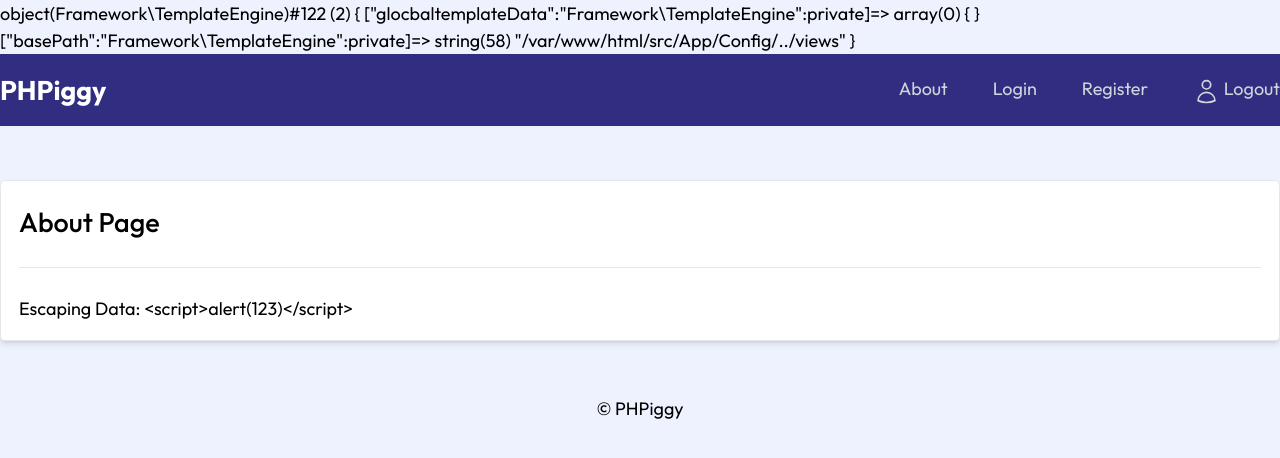
Repository: Conjet/PHPiggy
Page: http://localhost/about
These files come from the project's save history. The page is drawn as it stood at one moment and after the next save; the edit follows.
The browser window is 1280 px wide. The pictures show the whole page.
The page is run by PHP 8.4 with error messages shown; the project is at /var/www/html/.

Above is the page before, as saved 2023-09-08 21:02:26.

### public/index.php
<?php

include __DIR__."/../src/App/functions.php";

$app = include __DIR__.'/../src/App/bootstrap.php';

$app->run();

### src/App/functions.php
<?php

declare(strict_types=1);

function dd(mixed $value)
{
    echo '<pre>';
    var_dump($value);
    echo '</pre>';
    die();
}

function e(mixed $value): string
{
    return htmlspecialchars((string) $value);
}

### src/App/bootstrap.php
<?php

declare(strict_types=1);

require __DIR__ . '/../../vendor/autoload.php';

use Framework\App;
use App\Config\Paths;

use function App\Config\{registerRoutes, registerMiddleware};

$app = new App(Paths::SOURCE . "App/container-definitions.php");

registerRoutes($app);
registerMiddleware($app);

return $app;

### src/App/Config/Routes.php
<?php

declare(strict_types=1);

namespace App\Config;

use App\Controllers\{HomeController, AboutController};

use Framework\App;

function registerRoutes(App $app)
{
    $app->get('/', [HomeController::class, 'home']);
    $app->get('/about', [AboutController::class, 'about']);
}

### src/App/Config/Middleware.php
<?php

declare(strict_types=1);

namespace App\Config;

use Framework\App;
use App\Middleware\TemplateDataMiddleware;

function registerMiddleware(App $app)
{
    $app->addMiddleware(TemplateDataMiddleware::class);
}

### src/Framework/App.php
<?php

declare(strict_types=1);

namespace Framework;

// echo time();
class App
{
    private Router $router;
    private Container $container;

    public function __construct(string $containerDefinitionsPath = null)
    {
        $this->router = new Router();
        $this->container = new Container();

        if ($containerDefinitionsPath) {
            $containerDefinitions = include $containerDefinitionsPath;
            $this->container->addDefinitions($containerDefinitions);
        }
    }

    public function run()
    {
        $path = parse_url($_SERVER['REQUEST_URI'], PHP_URL_PATH);
        $method = $_SERVER['REQUEST_METHOD'];

        $this->router->dispatch($path, $method, $this->container);
    }

    public function get(string $path, array $controller)
    {
        $this->router->add('GET', $path, $controller);
    }

    public function addMiddleware(string $middleware)
    {
        $this->router->addMiddleware($middleware);
    }
}

### src/App/Config/Paths.php
<?php

declare(strict_types=1);

namespace App\Config;

class Paths
{
    public const VIEW = __DIR__ . "/../views";
    public const SOURCE =  __DIR__ . "/../../";
}

### src/Framework/Router.php
<?php

declare(strict_types=1);

namespace Framework;

class Router
{
    private array $routes = [];
    private array $middlewares = [];

    public function add(string $method, string $path, array $controller)
    {

        $path = $this->normalizePath($path);

        $this->routes[] = [
            'path' => $path,
            'method' => strtoupper($method),
            'controller' => $controller
        ];
    }

    private function normalizePath(string $path): string
    {
        // #[/]{2,}#
        $path = trim($path, '/');
        $path = '/' . $path . '/';
        $path = preg_replace('#[/]{2,}#', '/', $path);

        return $path;
    }

    public function dispatch(string $path, string $method, Container $container = null)
    {
        $path = $this->normalizePath($path);
        $method = strtoupper($method);

        foreach ($this->routes as $route) {
            if (!preg_match("#^{$route['path']}$#", $path) || $route['method'] !== $method) {
                continue;
            }

            [$class, $function] = $route['controller'];

            $controllerInstance = $container ?
                $container->resolve($class) :
                new $class;

            $action = fn () => $controllerInstance->{$function}();

            foreach ($this->middlewares as $middleware) {
                $middlewareInstance = $container ?
                    $container->resolve($middleware) :
                    new $middleware;
                $action = fn () => $middlewareInstance->process($action);
            }

            $action();

            return;
        }
    }

    public function addMiddleware(string $middleware)
    {
        $this->middlewares[] = $middleware;
    }
}

### src/Framework/Container.php
<?php

declare(strict_types=1);

namespace Framework;

use ReflectionClass, ReflectionNamedType;
use Framework\Exceptions\ContainerException;

class Container
{
    private array $definitions = [];
    private array $resolved = [];

    public function addDefinitions(array $newDefinitions)
    {
        $this->definitions = [...$this->definitions, ...$newDefinitions];
    }

    public function resolve(string $className)
    {
        $reflectionClass = new ReflectionClass($className);

        if (!$reflectionClass->isInstantiable()) {
            throw new ContainerException("Class {$className} is not instantiable");
        }

        $constructor = $reflectionClass->getConstructor();

        // dd($constructor);

        if (!$constructor) {
            return new $className;
        }

        $params = $constructor->getParameters();

        if (count($params) === 0) {
            return new $className;
        }

        $dependencies = [];

        foreach ($params as $param) {
            $name = $param->getName();
            $type = $param->getType();

            if (!$type) {
                throw new ContainerException("Failed to resolve class {$className} because {$name} is missing type hint");
            }

            if (!$type instanceof ReflectionNamedType || $type->isBuiltin()) {
                throw new ContainerException("Failed to resolve class {$className} because invalid param name");
            }

            $dependencies[] = $this->get($type->getName());
        }

        return $reflectionClass->newInstanceArgs($dependencies);
    }

    public function get(string $id)
    {
        if (!array_key_exists($id, $this->definitions)) {
            throw new ContainerException("Class {$id} does not exist in the container.");
        }

        if (array_key_exists($id, $this->resolved)) {
            return $this->resolved[$id];
        }

        $factory = $this->definitions[$id];
        $dependency = $factory();

        $this->resolved[$id] = $dependency;

        return $dependency;
    }
}

### src/App/container-definitions.php
<?php

declare(strict_types=1);

use Framework\TemplateEngine;
use App\Config\Paths;

return [
    TemplateEngine::class => fn () => new TemplateEngine(Paths::VIEW)
];

### src/App/Controllers/AboutController.php
<?php

declare(strict_types=1);

namespace App\Controllers;

use Framework\TemplateEngine;
use App\Config\Paths;

class AboutController
{

    public function __construct(private TemplateEngine $view)
    {
    }

    public function about()
    {
        echo $this->view->render('/about.php', [
            'title' => 'About',
            'dangerousData' => '<script>alert(123)</script>'
        ]);
    }
}

### src/Framework/TemplateEngine.php
<?php

declare(strict_types=1);

namespace Framework;

class TemplateEngine
{
    private array $glocbaltemplateData = [];

    public function __construct(private string $basePath)
    {
    }

    public function render(string $template, array $data = [])
    {
        extract($data, EXTR_SKIP);
        extract($this->glocbaltemplateData, EXTR_SKIP);

        ob_start();

        include $this->resolve($template);

        $output = ob_get_contents();

        ob_end_clean();

        return $output;
    }

    public function resolve(string $path)
    {
        return "{$this->basePath}/{$path}";
    }

    public function addGloal(string $key, mixed $value)
    {
        $this->glocbaltemplateData[$key] = $value;
    }
}

### src/App/Middleware/TemplateDataMiddleware.php
<?php

declare(strict_types=1);

namespace App\Middleware;

use Framework\Contracts\MiddlewareInterface;
use Framework\TemplateEngine;

class TemplateDataMiddleware implements MiddlewareInterface
{
    public function __construct(private TemplateEngine $view)
    {
        var_dump($this->view);
        echo '<br>';
    }

    public function process(callable $next)
    {
        $this->view->addGloal('title', 'Expence Tracking App');
        $next();
    }
}

### src/Framework/Contracts/MiddlewareInterface.php
<?php

declare(strict_types=1);

namespace Framework\Contracts;

interface MiddlewareInterface
{
    public function process(callable $next);
}

### src/App/views/about.php
<?php include $this->resolve('partials/_header.php'); ?>

<!-- Start Main Content Area -->
<section class="container mx-auto mt-12 p-4 bg-white shadow-md border border-gray-200 rounded">
    <!-- Page Title -->
    <h3>About Page</h3>

    <hr />

    <!-- Escaping Data -->
    <p>Escaping Data: <?php echo e($dangerousData); ?></p>
</section>
<!-- End Main Content Area -->

<?php include $this->resolve('partials/_footer.php'); ?>

### src/App/views/partials/_header.php
<!DOCTYPE html>
<html lang="en">

<head>
    <meta charset="UTF-8" />
    <meta name="viewport" content="width=device-width, initial-scale=1.0" />
    <title>PHPiggy - <?php echo ucfirst(e($title)); ?></title>

    <link rel="preconnect" href="https://fonts.googleapis.com" />
    <link rel="preconnect" href="https://fonts.gstatic.com" crossorigin />
    <link href="https://fonts.googleapis.com/css2?family=Outfit:wght@400;500;700&display=swap" rel="stylesheet" />
    <link rel="stylesheet" href="/assets/main.css" />
</head>

<body class="bg-indigo-50 font-['Outfit']">
    <!-- Start Header -->
    <header class="bg-indigo-900">
        <nav class="mx-auto flex container items-center justify-between py-4" aria-label="Global">
            <a href="/" class="-m-1.5 p-1.5 text-white text-2xl font-bold">PHPiggy</a>
            <!-- Navigation Links -->
            <div class="flex lg:gap-x-10">
                <a href="/about" class="text-gray-300 hover:text-white transition">About</a>
                <a href="/login" class="text-gray-300 hover:text-white transition">Login</a>
                <a href="/register" class="text-gray-300 hover:text-white transition">Register</a>
                <a href="/logout" class="text-gray-300 hover:text-white transition">
                    <svg xmlns="http://www.w3.org/2000/svg" fill="none" viewBox="0 0 24 24" stroke-width="1.5" stroke="currentColor" class="w-6 h-6 inline-block">
                        <path stroke-linecap="round" stroke-linejoin="round" d="M15.75 6a3.75 3.75 0 11-7.5 0 3.75 3.75 0 017.5 0zM4.501 20.118a7.5 7.5 0 0114.998 0A17.933 17.933 0 0112 21.75c-2.676 0-5.216-.584-7.499-1.632z" />
                    </svg>

                    Logout
                </a>
            </div>
        </nav>
    </header>
    <!-- End Header -->

Loaded but not shown: src/App/views/partials/_footer.php (common file); public/assets/main.css (1142 lines, source omitted)

After the next save:
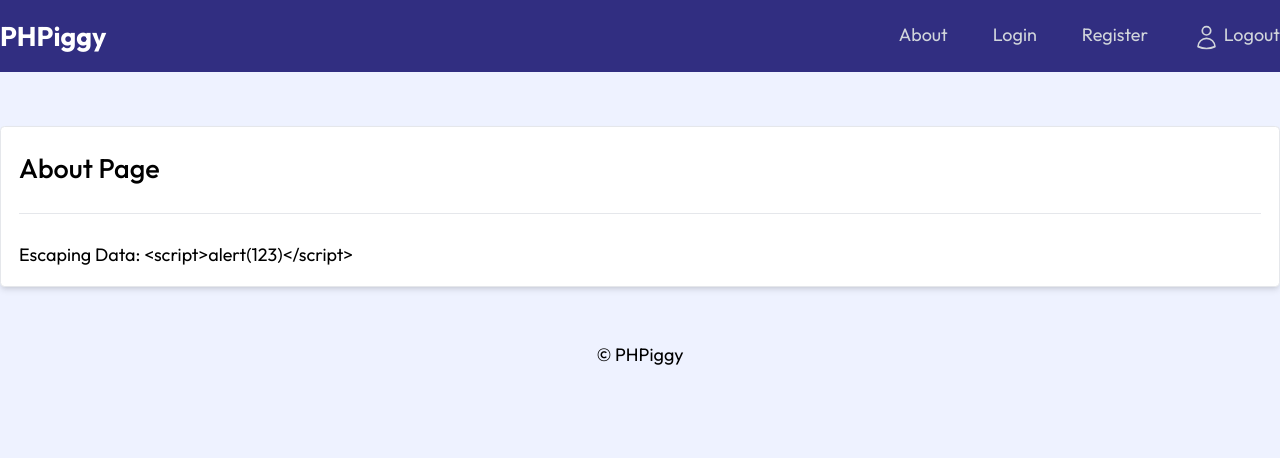
Saved 9 s later.
--- a/src/App/Middleware/TemplateDataMiddleware.php
+++ b/src/App/Middleware/TemplateDataMiddleware.php
@@ -11,8 +11,6 @@ class TemplateDataMiddleware implements MiddlewareInterface
 {
     public function __construct(private TemplateEngine $view)
     {
-        var_dump($this->view);
-        echo '<br>';
     }
 
     public function process(callable $next)
